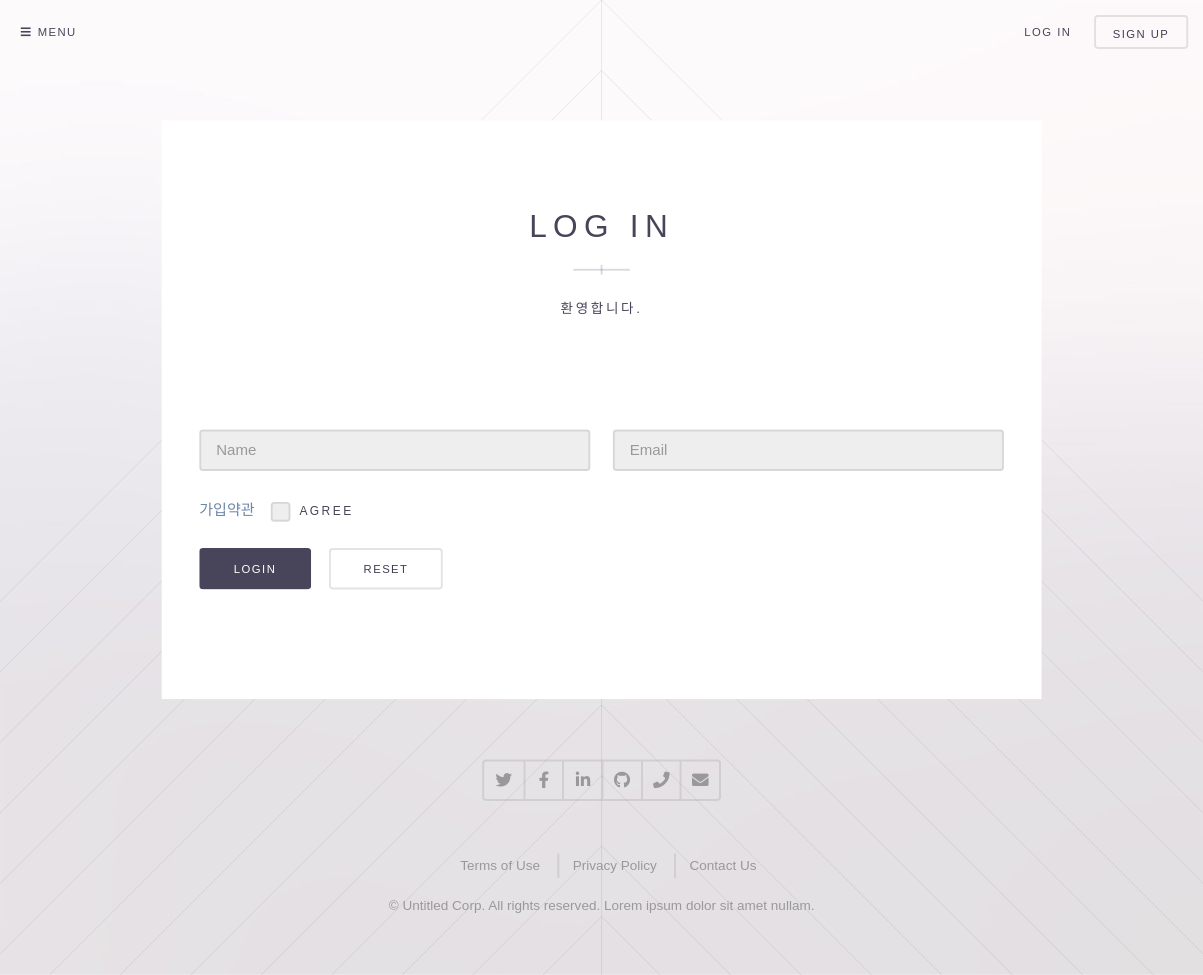
Repository: WKMoon/JavaScript-Project
Page: myFront/WebContent/login.html
An editor plug-in stored every save of this project. The page is shown before and after the next save, followed by the edit.
The browser window is 1280 px wide. The pictures show the whole page, at 94% of full size.
Some web fonts or font styles are not loaded; a fallback is used.

Above is the page before, as saved 2021-02-25 07:18:21.

### myFront/WebContent/login.html
<!DOCTYPE html>
<html>
<head>
<meta charset="UTF-8">
<meta name="viewport" content="width=device-width, initial-scale=1, user-scalable=no" />
<link rel="stylesheet" href="assets/css/main.css" />
<title>Log In</title>
</head>
	<body class="is-preload">

		<!-- Header -->
			<header id="header">
				<a href="#menu">Menu</a>
				<a href="login.html">Log In</a>
				<a href="signup.html" class="button">Sign Up</a>
			</header>

		<!-- Nav -->
			<nav id="menu">
				<ul class="links">
					<li><a href="index.html">Home</a></li>
					<li><a href="generic.html">Generic</a></li>
					<li><a href="elements.html">Elements</a></li>
				</ul>
				<ul class="actions stacked">
					<li><a href="login.html" class="button primary fit">Log In</a></li>
					<li><a href="signup.html" class="button fit">Sign Up</a></li>
				</ul>
			</nav>


		<!-- Main -->
			<section id="main" class="wrapper style1">
				<div class="inner">

					<!-- Title -->
						<header class="major special">
							<h1>Log In</h1>
							<p>환영합니다.</p>
						</header>

					<!-- Content -->
						<div class="content">
							<form method="post" action="#">
											<div class="row">
												<div class="col-6 col-12-xsmall">
													<input type="text" name="name" id="name" value="" placeholder="Name" />
												</div>
												<div class="col-6 col-12-xsmall">
													<input type="email" name="email" id="email" value="" placeholder="Email" />
												</div>



												<div class="col-6 col-12-small">
													<a href="agreement.html"style="text-decoration: none;">가입약관</a>
													<input type="checkbox" id="agree" name="agree">
													<label for="agree" style="margin-left:3%">Agree</label>
												</div>
												<!-- Break -->

												<!-- Break -->
												<div class="col-12">
													<ul class="actions">
														<li><input type="submit" value="Login" class="primary" /></li>
														<li><input type="reset" value="Reset" /></li>
													</ul>
												</div>
											</div>
										</form>
						</div>

				</div>
			</section>

		<!-- Footer -->
			<footer id="footer">
				<ul class="alt-icons">
					<li><a href="#" class="icon brands fa-twitter"><span class="label">Twitter</span></a></li>
					<li><a href="#" class="icon brands fa-facebook-f"><span class="label">Facebook</span></a></li>
					<li><a href="#" class="icon brands fa-linkedin-in"><span class="label">LinkedIn</span></a></li>
					<li><a href="#" class="icon brands fa-github"><span class="label">GitHub</span></a></li>
					<li><a href="#" class="icon solid fa-phone"><span class="label">Phone</span></a></li>
					<li><a href="#" class="icon solid fa-envelope"><span class="label">Email</span></a></li>
				</ul>
				<ul class="menu">
					<li><a href="#">Terms of Use</a></li>
					<li><a href="#">Privacy Policy</a></li>
					<li><a href="#">Contact Us</a></li>
				</ul>
				<p class="copyright">
					&copy; Untitled Corp. All rights reserved. Lorem ipsum dolor sit amet nullam.
				</p>
			</footer>

		<!-- Scripts -->
			<script src="assets/js/jquery.min.js"></script>
			<script src="assets/js/jquery.scrolly.min.js"></script>
			<script src="assets/js/jquery.scrollex.min.js"></script>
			<script src="assets/js/browser.min.js"></script>
			<script src="assets/js/breakpoints.min.js"></script>
			<script src="assets/js/util.js"></script>
			<script src="assets/js/main.js"></script>

	</body>
</html>

Loaded but not shown: myFront/WebContent/assets/js/jquery.min.js (library); myFront/WebContent/assets/js/jquery.scrolly.min.js (common file); myFront/WebContent/assets/js/jquery.scrollex.min.js (common file); myFront/WebContent/assets/js/browser.min.js (common file); myFront/WebContent/assets/js/breakpoints.min.js (common file); myFront/WebContent/assets/css/fontawesome-all.min.css (library); myFront/WebContent/assets/js/util.js (587 lines, source omitted); myFront/WebContent/assets/js/main.js (57 lines, source omitted); myFront/WebContent/assets/css/main.css (4487 lines, source omitted)

After the next save:
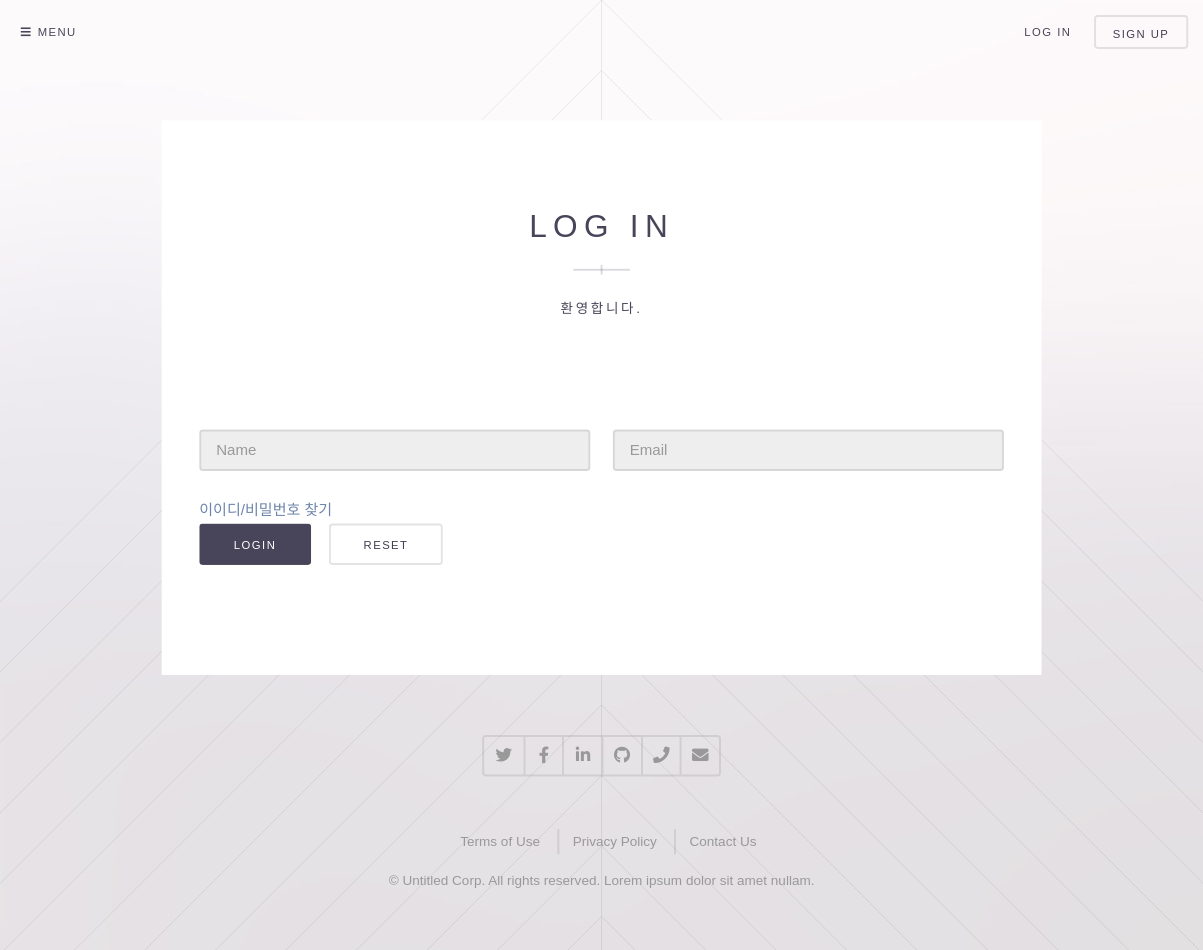
Saved 34 s later.
--- a/myFront/WebContent/login.html
+++ b/myFront/WebContent/login.html
@@ -53,9 +53,8 @@
 
 
 												<div class="col-6 col-12-small">
-													<a href="agreement.html"style="text-decoration: none;">가입약관</a>
-													<input type="checkbox" id="agree" name="agree">
-													<label for="agree" style="margin-left:3%">Agree</label>
+													<a href="agreement.html"style="text-decoration: none;">이이디/비밀번호 찾기</a>
+
 												</div>
 												<!-- Break -->
 
